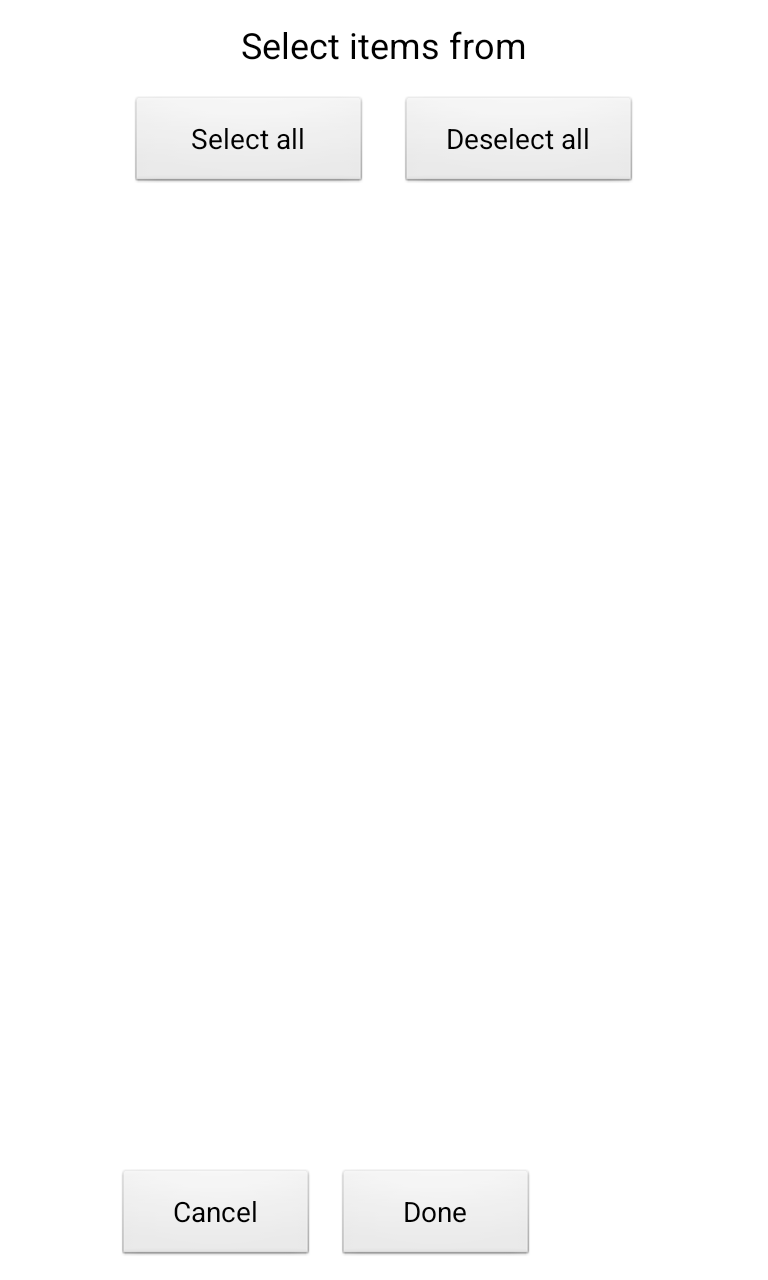
Repository: hakehuang/FITII
Layout: KinetisList/STM32List/res/layout/column_selector.xml
These files come from the project's save history. The layout is drawn as it stood at one moment and after the next save; the edit follows.
It is drawn on a 768 x 1280 px phone screen (xhdpi) without system bars, with theme android:Theme.Light.NoTitleBar; the app's code is not run.

Above is the layout before, as saved 2013-09-26 06:59:03.

After the next save:
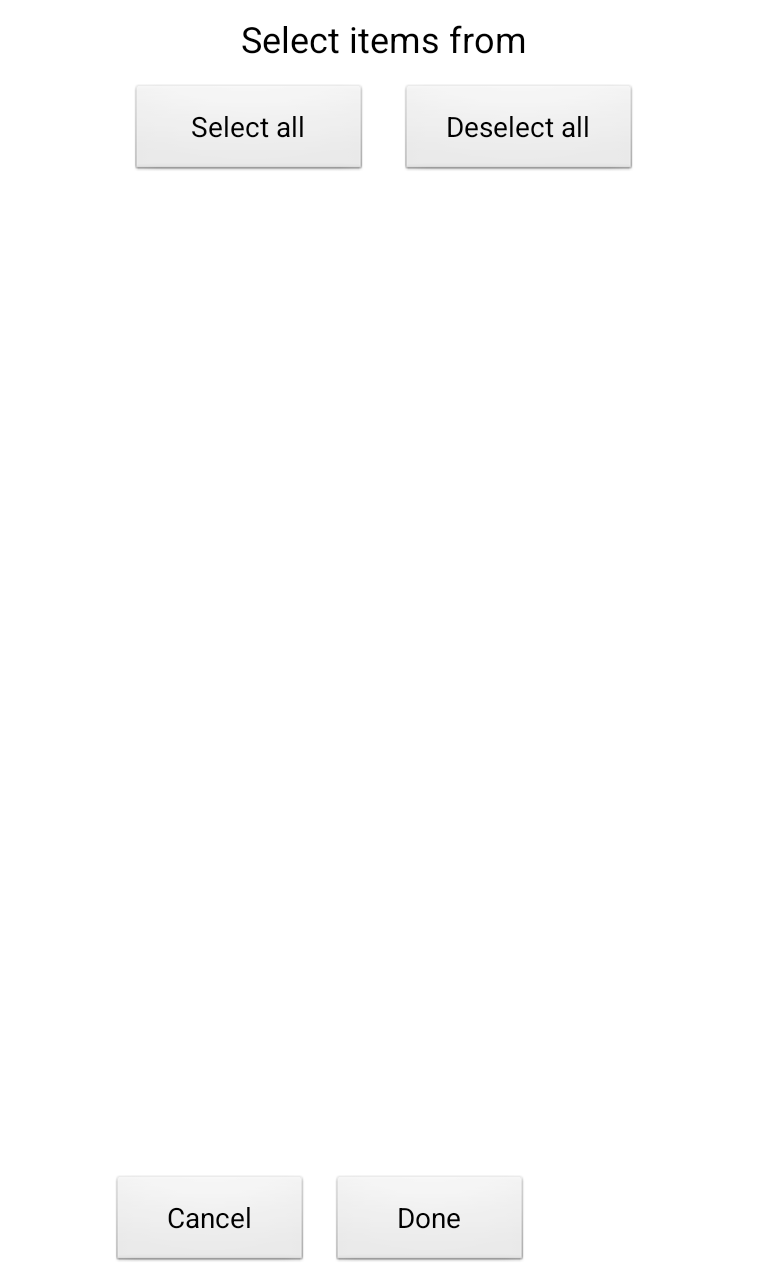
Saved 4 min 20 s later.
--- a/KinetisList/STM32List/res/layout/column_selector.xml
+++ b/KinetisList/STM32List/res/layout/column_selector.xml
@@ -11,8 +11,8 @@
         android:layout_height="wrap_content"
         android:layout_alignParentTop="true"
         android:layout_centerHorizontal="true"
-        android:layout_marginBottom="8dp"
-        android:layout_marginTop="10dp"
+        android:layout_marginBottom="5dp"
+        android:layout_marginTop="7dp"
         android:text="@string/select_selector_title"
         android:textAppearance="?android:attr/textAppearanceMedium" />
 
@@ -21,7 +21,7 @@
         android:layout_width="match_parent"
         android:layout_height="wrap_content"
         android:layout_below="@id/selector_title"
-        android:layout_marginBottom="8dp"
+        android:layout_marginBottom="5dp"
         android:gravity="center"
         android:orientation="horizontal" >
 
@@ -51,7 +51,7 @@
         android:layout_width="match_parent"
         android:layout_height="wrap_content"
         android:layout_alignParentBottom="true"
-        android:layout_margin="8dp" >
+        android:layout_margin="5dp" >
 
         <Button
             android:id="@+id/choose_item_cancel"
